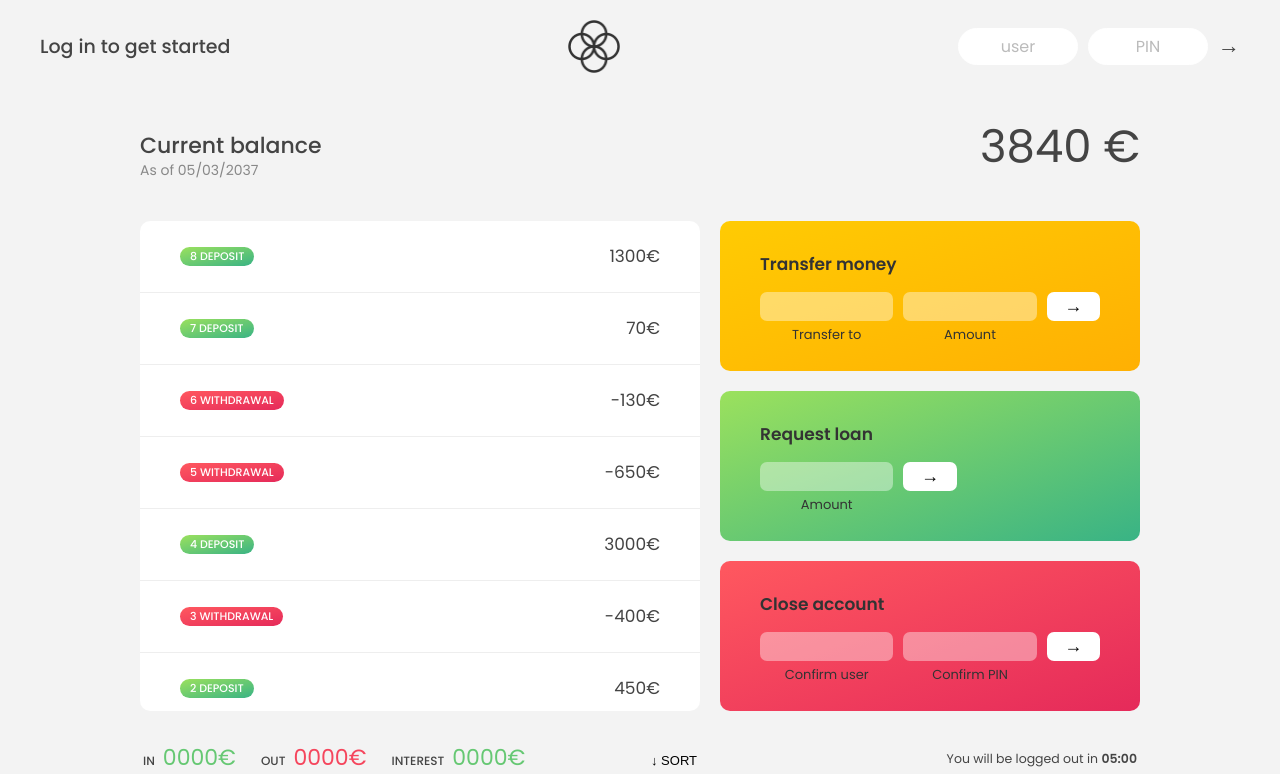
Repository: otvertka/jsc_11
Page: index.html
These files come from the project's save history. The page is drawn as it stood at one moment and after the next save; the edit follows.
The browser window is 1280 px wide. The pictures show the whole page.
An inner scrolling area shows only its first screen.

Above is the page before, as saved 2023-02-04 10:55:41.

### index.html
<!DOCTYPE html>
<html lang="en">
  <head>
    <meta charset="UTF-8" />
    <meta name="viewport" content="width=device-width, initial-scale=1.0" />
    <meta http-equiv="X-UA-Compatible" content="ie=edge" />
    <link rel="shortcut icon" type="image/png" href="/icon.png" />

    <link
      href="https://fonts.googleapis.com/css?family=Poppins:400,500,600&display=swap"
      rel="stylesheet"
    />

    <link rel="stylesheet" href="style.css" />
    <title>Bankist</title>
  </head>
  <body>
    <!-- TOP NAVIGATION -->
    <nav>
      <p class="welcome">Log in to get started</p>
      <img src="logo.png" alt="Logo" class="logo" />
      <form class="login">
        <input
          type="text"
          placeholder="user"
          class="login__input login__input--user"
        />
        <!-- In practice, use type="password" -->
        <input
          type="text"
          placeholder="PIN"
          maxlength="4"
          class="login__input login__input--pin"
        />
        <button class="login__btn">&rarr;</button>
      </form>
    </nav>

    <main class="app">
      <!-- BALANCE -->
      <div class="balance">
        <div>
          <p class="balance__label">Current balance</p>
          <p class="balance__date">
            As of <span class="date">05/03/2037</span>
          </p>
        </div>
        <p class="balance__value">0000€</p>
      </div>

      <!-- MOVEMENTS -->
      <div class="movements">
        <div class="movements__row">
          <div class="movements__type movements__type--deposit">2 deposit</div>
          <div class="movements__date">3 days ago</div>
          <div class="movements__value">4 000€</div>
        </div>
        <div class="movements__row">
          <div class="movements__type movements__type--withdrawal">
            1 withdrawal
          </div>
          <div class="movements__date">24/01/2037</div>
          <div class="movements__value">-378€</div>
        </div>
      </div>

      <!-- SUMMARY -->
      <div class="summary">
        <p class="summary__label">In</p>
        <p class="summary__value summary__value--in">0000€</p>
        <p class="summary__label">Out</p>
        <p class="summary__value summary__value--out">0000€</p>
        <p class="summary__label">Interest</p>
        <p class="summary__value summary__value--interest">0000€</p>
        <button class="btn--sort">&downarrow; SORT</button>
      </div>

      <!-- OPERATION: TRANSFERS -->
      <div class="operation operation--transfer">
        <h2>Transfer money</h2>
        <form class="form form--transfer">
          <input type="text" class="form__input form__input--to" />
          <input type="number" class="form__input form__input--amount" />
          <button class="form__btn form__btn--transfer">&rarr;</button>
          <label class="form__label">Transfer to</label>
          <label class="form__label">Amount</label>
        </form>
      </div>

      <!-- OPERATION: LOAN -->
      <div class="operation operation--loan">
        <h2>Request loan</h2>
        <form class="form form--loan">
          <input type="number" class="form__input form__input--loan-amount" />
          <button class="form__btn form__btn--loan">&rarr;</button>
          <label class="form__label form__label--loan">Amount</label>
        </form>
      </div>

      <!-- OPERATION: CLOSE -->
      <div class="operation operation--close">
        <h2>Close account</h2>
        <form class="form form--close">
          <input type="text" class="form__input form__input--user" />
          <input
            type="password"
            maxlength="6"
            class="form__input form__input--pin"
          />
          <button class="form__btn form__btn--close">&rarr;</button>
          <label class="form__label">Confirm user</label>
          <label class="form__label">Confirm PIN</label>
        </form>
      </div>

      <!-- LOGOUT TIMER -->
      <p class="logout-timer">
        You will be logged out in <span class="timer">05:00</span>
      </p>
    </main>

    <!-- <footer>
      &copy; by Jonas Schmedtmann. Don't claim as your own :)
    </footer> -->

    <script src="script.js"></script>
  </body>
</html>

### script.js
'use strict';

/////////////////////////////////////////////////
/////////////////////////////////////////////////

// /////////////////////////////////////////////////
// /////////////////////////////////////////////////
// // LECTURES

// const currencies = new Map([
//   ['USD', 'United States dollar'],
//   ['EUR', 'Euro'],
//   ['GBP', 'Pound sterling'],
// ]);

// const movements = [200, 450, -400, 3000, -650, -130, 70, 1300];

// /////////////////////////////////////////////////

// // 1
// let arr = ['a', 'b', 'c', 'd', 'e'];

// // SLICE . Метод slice() возвращает новый массив, содержащий копию части исходного массива.
// //// SYNTAX  arr.slice([begin[, end]])

// console.log(arr.slice(2)); // c, d, e
// console.log(arr);
// console.log(arr.slice(2, 4)); // c, d
// console.log(arr.slice(-2)); // d, e
// console.log(arr.slice(-1)); // LAST ELEM e
// console.log(arr.slice(1, -2)); // b, c

// console.log(arr.slice()); //  ['a', 'b', 'c', 'd', 'e']  Копирует весь массив
// console.log([...arr]); //  ['a', 'b', 'c', 'd', 'e']  Копирует весь массив SPREAD

// // SPLICE Метод splice() изменяет содержимое массива, удаляя существующие элементы и/или добавляя новые.
// // // SYNTAX  array.splice(start[, deleteCount[, item1[, item2[, ...]]]])

// // console.log(arr.splice(2)); // c, d, e
// arr.splice(-1); // удаляет последний элемент в массиве
// console.log(arr); //  ['a', 'b', 'c', 'd']
// arr.splice(1, 2); // удаляет 2 элемента , начиная с 1
// console.log(arr); // [a, d]

// // REVERSE  . Метод reverse() на месте обращает порядок следования элементов массива. Первый элемент массива становится последним, а последний — первым.
// ///// SYNTAX  array.reverse()

// arr = ['a', 'b', 'c', 'd', 'e'];
// const arr2 = ['j', 'i', 'h', 'g', 'f'];
// console.log(arr2.reverse()); //['f', 'g', 'h', 'i', 'j']
// console.log(arr2); // Изменяет основной массив ['f', 'g', 'h', 'i', 'j']

// // CONCAT / Метод concat() возвращает новый массив, состоящий из массива, на котором он был вызван,
// //             соединённого с другими массивами и/или значениями, переданными в качестве аргументов.
// // SYNTAX   var new_array = old_array.concat(value1[, value2[, ...[, valueN]]])

// const letters = arr.concat(arr2);
// console.log(letters); // ['a', 'b', 'c', 'd', 'e', 'f', 'g', 'h', 'i', 'j']
// console.log([...arr, ...arr2]); //  ['a', 'b', 'c', 'd', 'e', 'f', 'g', 'h', 'i', 'j']

// // JOIN  Метод join() объединяет все элементы массива (или массивоподобного объекта) в строку.
// // SYNTAX
// console.log(letters.join(' - ')); // a - b - c - d - e - f - g - h - i - j

// // LECtion 2 . at
// const arr = [23, 11, 64];
// console.log(arr[0]); // 23
// console.log(arr.at(0)); // 23 at position 0

// // получаем последний элем в массиве
// console.log(arr[arr.length - 1]); // 64
// console.log(arr.slice(-1)[0]); // получаем последний элем в массиве

// console.log(arr.at(-1)); // 64
// console.log('jonas'.at(0)); // j Также работает со строками

// LECT 3. Метод forEach() выполняет указанную функцию один раз для каждого элемента в массиве.
// SYNTAX .arr.forEach(function callback(currentValue, index, array) {
//your iterator
// }[, thisArg]);
// const movements = [200, 450, -400, 3000, -650, -130, 70, 1300];

// // for (const movement of movements) {
// for (const [i, movement] of movements.entries()) {
//   if (movement > 0) {
//     console.log(`Movement ${i + 1}: You deposited ${movement}`);
//   } else {
//     console.log(`Movement ${i + 1}: You withdrew ${Math.abs(movement)}`); // Math.abs - удалит знак МИНУС
//   }
// }
// console.log('----FOREACH-----');
// // callback Функция, которая будет вызвана для каждого элемента массива.
// movements.forEach(function (movement, index, array) {
//   if (movement > 0) {
//     console.log(`Movement ${index + 1}: You deposited ${movement}`);
//   } else {
//     console.log(`Movement ${index + 1}: You withdrew ${Math.abs(movement)}`); // Math.abs - удалит знак МИНУС
//   }
// });
// // 0: function(200)
// // 1: function(450)
// // 2: function(400)
// // ....

// LECT 4 . forEach with Map and Set

// const currencies = new Map([
//   ['USD', 'United States dollar'], // 'key', 'value'
//   ['EUR', 'Euro'],
//   ['GBP', 'Pound sterling'],
// ]);

// currencies.forEach(function (value, key, map) {
//   console.log(`${key}: ${value}`);
// });

// // Set
// const currenciesUnique = new Set(['USD', 'GBP', 'USD', 'EUR', 'EUR']);
// console.log(currenciesUnique); // {'USD', 'GBP', 'EUR'}

// currenciesUnique.forEach(function (value, _, map) {
//   console.log(`${value}: ${value}`); // USD: USD ,GBP: GBP ,EUR: EUR
// });
//////////////////////////////////////////////////////////////////////////////////////////////

// BANKIST APP

// Data
const account1 = {
  owner: 'Jonas Schmedtmann',
  movements: [200, 450, -400, 3000, -650, -130, 70, 1300],
  interestRate: 1.2, // %
  pin: 1111,
};

const account2 = {
  owner: 'Jessica Davis',
  movements: [5000, 3400, -150, -790, -3210, -1000, 8500, -30],
  interestRate: 1.5,
  pin: 2222,
};

const account3 = {
  owner: 'Steven Thomas Williams',
  movements: [200, -200, 340, -300, -20, 50, 400, -460],
  interestRate: 0.7,
  pin: 3333,
};

const account4 = {
  owner: 'Sarah Smith',
  movements: [430, 1000, 700, 50, 90],
  interestRate: 1,
  pin: 4444,
};

const accounts = [account1, account2, account3, account4];

// Elements
const labelWelcome = document.querySelector('.welcome');
const labelDate = document.querySelector('.date');
const labelBalance = document.querySelector('.balance__value');
const labelSumIn = document.querySelector('.summary__value--in');
const labelSumOut = document.querySelector('.summary__value--out');
const labelSumInterest = document.querySelector('.summary__value--interest');
const labelTimer = document.querySelector('.timer');

const containerApp = document.querySelector('.app');
const containerMovements = document.querySelector('.movements');

const btnLogin = document.querySelector('.login__btn');
const btnTransfer = document.querySelector('.form__btn--transfer');
const btnLoan = document.querySelector('.form__btn--loan');
const btnClose = document.querySelector('.form__btn--close');
const btnSort = document.querySelector('.btn--sort');

const inputLoginUsername = document.querySelector('.login__input--user');
const inputLoginPin = document.querySelector('.login__input--pin');
const inputTransferTo = document.querySelector('.form__input--to');
const inputTransferAmount = document.querySelector('.form__input--amount');
const inputLoanAmount = document.querySelector('.form__input--loan-amount');
const inputCloseUsername = document.querySelector('.form__input--user');
const inputClosePin = document.querySelector('.form__input--pin');

const displayMovements = function (movements) {
  containerMovements.innerHTML = ''; // очищаем поля Расходы Прибыль

  movements.forEach(function (mov, i) {
    // Заполняем данные из массива Movements
    // аналог .....  .textContent = 0;
    const type = mov > 0 ? 'deposit' : 'withdrawal';
    const html = `
  <div class="movements__row">
    <div class="movements__type movements__type--${type}">${i + 1} ${type}</div>
    <div class="movements__value">${mov}€</div>
    </div>
  `;

    containerMovements.insertAdjacentHTML('afterbegin', html);
  });
};

displayMovements(account1.movements);

// LECT 10 REDUCE
const calcDisplayBalance = function (movements) {
  const balance = movements.reduce((accum, mov) => accum + mov, 0);
  labelBalance.textContent = `${balance} €`;
};
calcDisplayBalance(account1.movements);

// LECT 11 The Magic of Chaining Methods

const calcDisplaySummary = function (movements) {
  const incomes = movements
    .filter(mov => mov > 0)
    .reduce((acc, mov) => acc + mov, 0);
  labelSumIn.textContent = `${incomes}€`;

  const out = movements
    .filter(mov => mov < 0)
    .reduce((acc, mov) => acc + mov, 0);
  labelSumOut.textContent = `${Math.abs(out)}€`;

  // Проценты с депозита (Interest)
  const interest = movements
    .filter(mov => mov > 0)
    .map(deposit => (deposit * 1.2) / 100)
    .filter((int, i, arr) => {
      console.log(arr);
      return int >= 1; // исключили , где процент меньше 1
    })
    .reduce((acc, int) => acc + int);
  labelSumInterest.textContent = `${interest}€`;
};
// calcDisplaySummary(account1.movements);

// const eurToUsd = 1.1;
// console.log(movements);
// // PIPELINE трубопровод
// const totalDepositUSD = movements
//   .filter(mov => mov > 0)
//   .map((mov, i, arr) => {
//     // console.log(arr);
//     return mov * eurToUsd;
//   })
//   // .map(mov => mov * eurToUsd)
//   .reduce((acc, mov) => acc + mov, 0);
// console.log(totalDepositUSD);

// LECT 8. Computing user names
//  добавляем новое свойство username ='stw' -сокращенные имена в объекты
const createUsernames = function (accs) {
  accs.forEach(function (acc) {
    // используем FOREACH,а не Map,
    acc.username = acc.owner // т.к не хотим создавать новый массив, а добавляем новое свойство username ='stw' -сокращенные имена
      .toLowerCase()
      .split(' ')
      .map(name => name[0])
      .join('');
  });
};

createUsernames(accounts);

// console.log(accounts);

// console.log(containerMovements.innerHTML);

// LECT5.
//  CHALANGE #1
// [3,5,2,12,7] , [4,1, 15,8,3]
// [9,16, 6, 8,3], [10,5,6,1,4]

// const checkDogs = function (dogsJulia, dogsKate) {
//   // Jonas version:
//   // const dogsJuliaCorrected = dogsJulia.slice();
//   // dogsJuliaCorrected.splice(0,1);
//   // dogsJuliaCorrected.splice(-2);
//   // console.log(dogsJuliaCorrected);

//   const juliaCopy = dogsJulia.slice();
//   const juliaCorrecteded = juliaCopy.splice(1, `${juliaCopy.length}` - 3, -1); // удаляем Первый и Последний элем (средний параметр это длина всей строки - 3 элеммента)

//   const allDogs = juliaCorrecteded.concat(dogsKate); // Объединили 2 массива
//   allDogs.forEach(function (dog, index) {
//     //  callback Функция, которая будет вызвана для каждого элемента массива.
//     if (dog >= 3) {
//       console.log(
//         `Dog number ${index + 1} is an adult and is ${dog} years old`
//       );
//     } else {
//       console.log(
//         `Dog number ${index + 1} is still a puppy 🐶 and is ${dog} years old`
//       );
//     }
//   });
//   console.log(allDogs);
// };
// // checkDogs([3, 5, 2, 12, 7], [4, 1, 15, 8, 3]);
// checkDogs([9, 16, 6, 8, 3], [10, 5, 6, 1, 4]);

////////////////////////////
// CHALANGE #2 Мой вариант
// const ages = [5, 2, 4, 1, 15, 8, 3];

// const calcAverageHumanAge = ages.map(function (age) {
//   if (age <= 2) {
//     return age * 2;
//   } else {
//     return age * 4 + 16;
//   }
// });

// console.log(calcAverageHumanAge);
// const adultDogs = calcAverageHumanAge.filter(humanAge => humanAge > 18);

// console.log(adultDogs);
// const averageAge =
//   adultDogs.reduce((accum, cur) => accum + cur, 0) / adultDogs.length;
// console.log(averageAge);

// ///// ////////// ///////// //     CHALANGE # 2  JONAS VERS!!!!!
// const calcAverageHumanAge = function (ages) {
//   const humanAges = ages.map(age => (age <= 2 ? 2 * age : 16 + age * 4));
//   const adults = humanAges.filter(age => age >= 18);
//   const average = adults.reduce((accum, age) => accum + age, 0) / adults.length;
//   // аналогично можно так сразу делить  2, 3 (2+3)/2 = 2.5 === 2/2 +3/2 = 2.5;
//   // const averag = adults.reduce((acc, age, i, arr) => acc +age/ arr.length, 0);
//   console.log(average);
//   return average;
// };
// const avg1 = calcAverageHumanAge([5, 2, 4, 1, 15, 8, 3]);
// const avg2 = calcAverageHumanAge([16, 6, 10, 5, 6, 1, 4]);
// console.log(age);

const calcAverageHumanAge = ages => {
  ages
    .map(age => (age <= 2 ? 2 * age : 16 + age * 4))
    .filter(age => age >= 18)
    .reduce((accum, age) => accum + age, 0) / ages.length;
  console.log(ages);
  return ages;
};
const avg1 = calcAverageHumanAge([5, 2, 4, 1, 15, 8, 3]);
const avg2 = calcAverageHumanAge([16, 6, 10, 5, 6, 1, 4]);
console.log(avg1, avg2);
// console.log(age);
////////////////////////////

// LECT 7. MAP method

const movements = [200, 450, -400, 3000, -650, -130, 70, 1300];
// const eurToUsd = 1.1;

// const movementsUSD = movements.map(mov => mov * eurToUsd); // аналог через СТРЕЛОЧНУЮ ф-ю
// // movements.map(function (mov) {
// //   return mov * eurToUsd;
// // });
// console.log(movements);
// console.log(movementsUSD); // 220 , 495, -440, 3300...

// const movementsUSDfor = [];
// for (const mov of movements) {
//   movementsUSDfor.push(mov * eurToUsd);
// }
// console.log(movementsUSDfor); // 220 , 495, 440, 3300...

// const movementsDescriptions = movements.map(
//   (mov, index) =>
//     `Movement ${index + 1}: You ${
//       mov > 0 ? 'deposited' : 'withdrew'
//     } ${Math.abs(mov)}`
// );
// // if (mov > 0) {
// //   return `Movement ${index + 1}: You deposited ${mov}`;
// // } else {
// //   return `Movement ${index + 1}: You withdrew ${Math.abs(mov)}`; // Math.abs - удалит знак МИНУС
// // }

// console.log(movementsDescriptions);

// LECT 9 FILTER method
// Метод filter() создаёт новый массив со всеми элементами, прошедшими проверку, задаваемую в передаваемой функции.
// SYNTAX
// Стрелочная функция
// filter((element) => { ... } )
// filter((element, index) => { ... } )
// filter((element, index, array) => { ... } )

// // Колбэк-функция
// filter(callbackFn)
// filter(callbackFn, thisArg)

// // Встроенная колбэк-функция
// filter(function callbackFn(element) { ... })
// filter(function callbackFn(element, index) { ... })
// filter(function callbackFn(element, index, array){ ... })
// filter(function callbackFn(element, index, array) { ... }, thisArg)

/// ПРИМЕР
// const movements = [200, 450, -400, 3000, -650, -130, 70, 1300];
// const deposits = movements.filter(function (mov) {
//   return mov > 0;
// });
// console.log(deposits); // [200, 450, 3000, 70, 1300]

// //аналогично с FOR
// const depositsFOR = [];
// for (const mov of movements) {
//   if (mov > 0) {
//     depositsFOR.push(mov);
//   }
// }
// console.log(depositsFOR); // [200, 450, 3000, 70, 1300]

// // FILTER method
// const withdrawals = movements.filter(mov => mov < 0);
// console.log(withdrawals); // [-400, -650, -130]

// LECT 10 . REDUCE method . Метод reduce() применяет функцию reducer к каждому элементу массива (слева-направо), возвращая одно результирующее значение.
// SYNTAX  array.reduce(callback[, initialValue])

// const movements = [200, 450, -400, 3000, -650, -130, 70, 1300];
// console.log(movements);

// // accumulator -> SNOWBALL
// // const balance = movements.reduce(function (accum, cur, i, arr) {
// //   console.log(`Iteration ${i}: ${accum}`);
// //   return accum + cur; // callback функция - это 1 параметр, Аккумулируется значение
// // }, 0); // 0 -initialValue стартовое значение

// // Через СТРЕЛОЧНУЮ ФУНКЦИЮ
// const balance = movements.reduce((accum, cur) => accum + cur, 0);
// console.log(balance); // 3840

// // аналог с FOR
// let balance2 = 0;
// for (const mov of movements) balance2 += mov;
// console.log(balance2); // 3840

// // Maximum value
// const max = movements.reduce((acc, mov) => {
//   if (acc > mov) return acc;
//   else return mov;
// }, movements[0]);
// console.log(max);

Loaded but not shown: style.css (297 lines, source omitted)

After the next save:
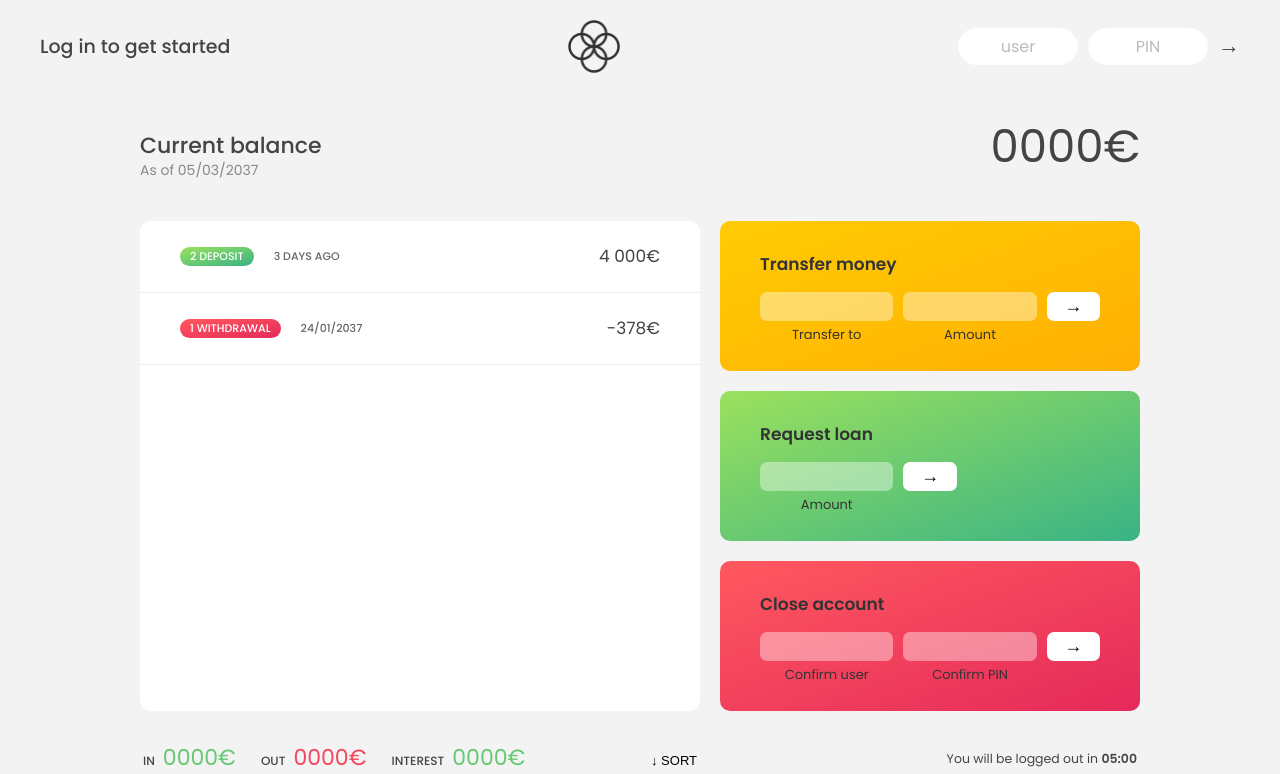
Console error: SyntaxError: Malformed arrow function parameter list
Saved 3 min 38 s later.
--- a/script.js
+++ b/script.js
@@ -337,7 +337,9 @@
 const calcAverageHumanAge = ages => {
   ages
     .map(age => (age <= 2 ? 2 * age : 16 + age * 4))
-    .filter(age => age >= 18)
+    .filter((age, i, ages) => age >= 18) => {
+      console.log(ages);
+    }
     .reduce((accum, age) => accum + age, 0) / ages.length;
   console.log(ages);
   return ages;

After the 5 saves that followed:
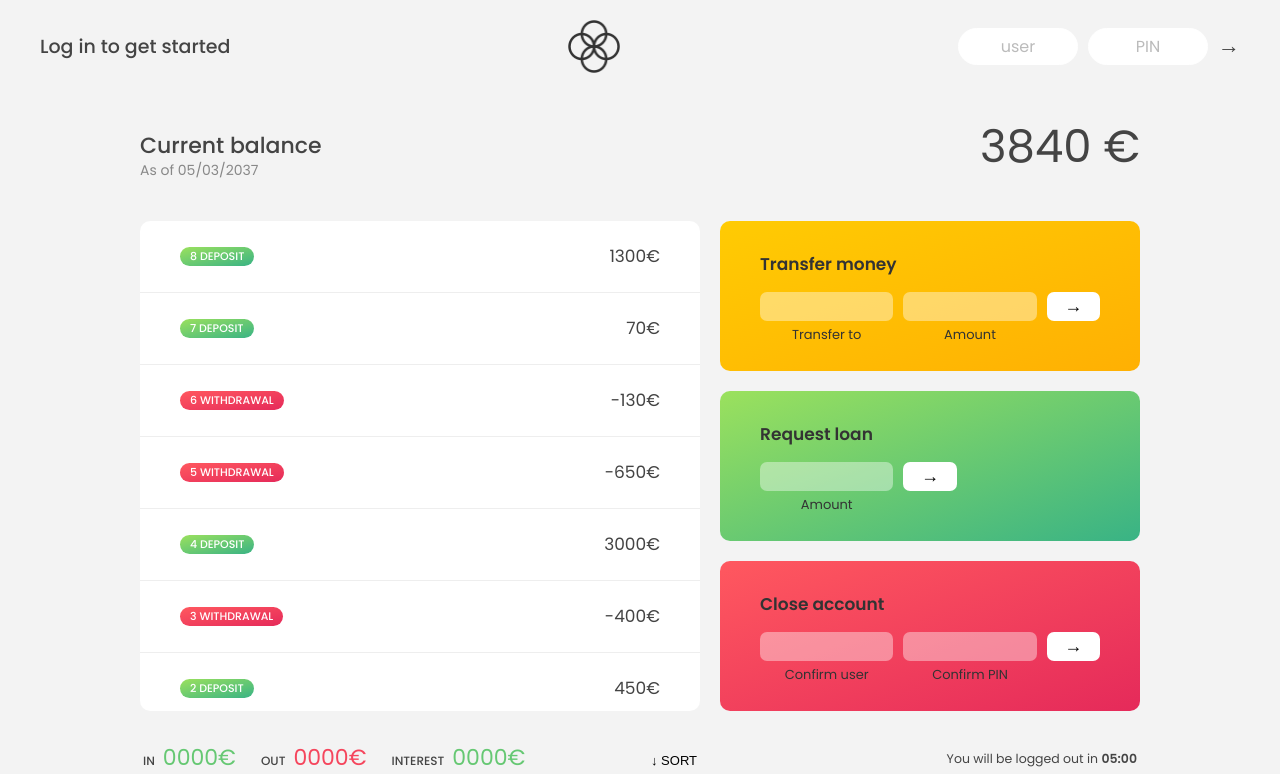
The error is gone.
The 5 saves are shown as one change because 4 left the picture as it was.
The last was saved 3 min 53 s later.
--- a/script.js
+++ b/script.js
@@ -337,9 +337,10 @@
 const calcAverageHumanAge = ages => {
   ages
     .map(age => (age <= 2 ? 2 * age : 16 + age * 4))
-    .filter((age, i, ages) => age >= 18) => {
-      console.log(ages);
-    }
+    .filter((age, i, arr) => {
+      console.log(arr);
+      return age >= 18;
+    })
     .reduce((accum, age) => accum + age, 0) / ages.length;
   console.log(ages);
   return ages;
